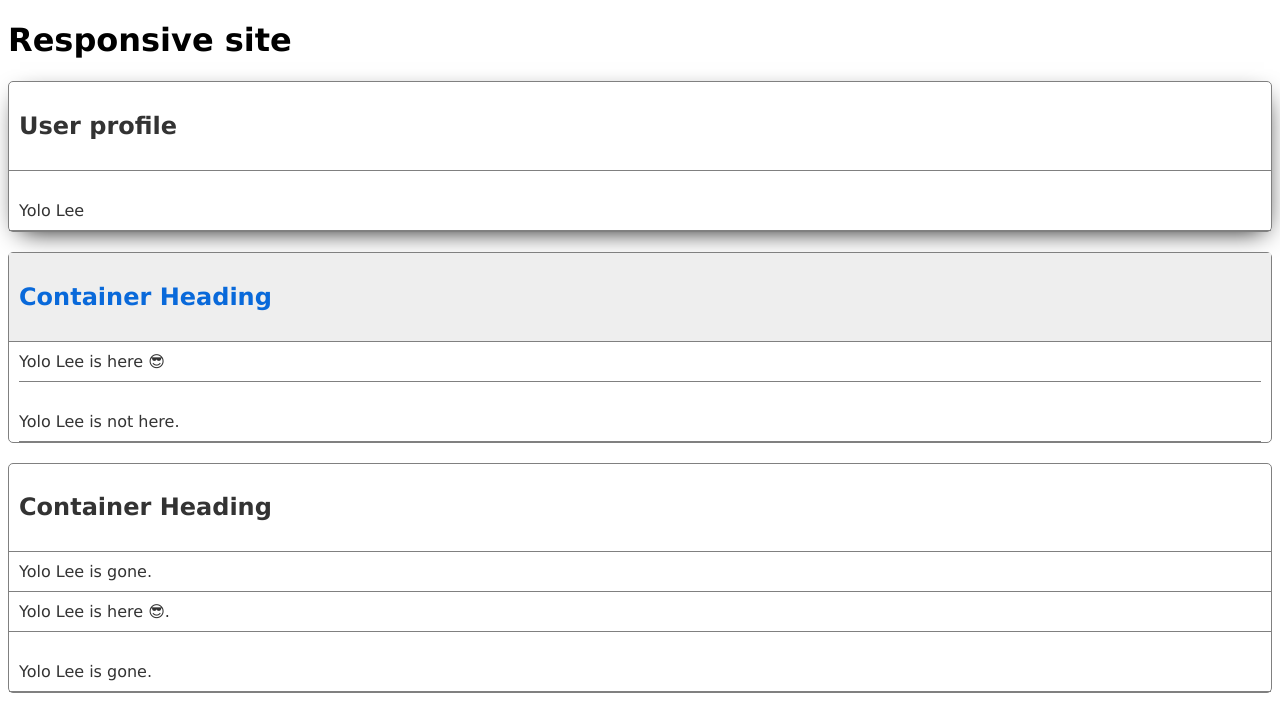
Repository: HyunJunggggg/MDIA2109
Page: inclass/week6/index.html
An editor plug-in stored every save of this project. The page is shown before and after a run of saves, followed by the edit.
The browser window is 1280 px wide. The pictures show the whole page.

Above is the page before, as saved 2025-02-13 15:27:27.

After the next 2 saves:
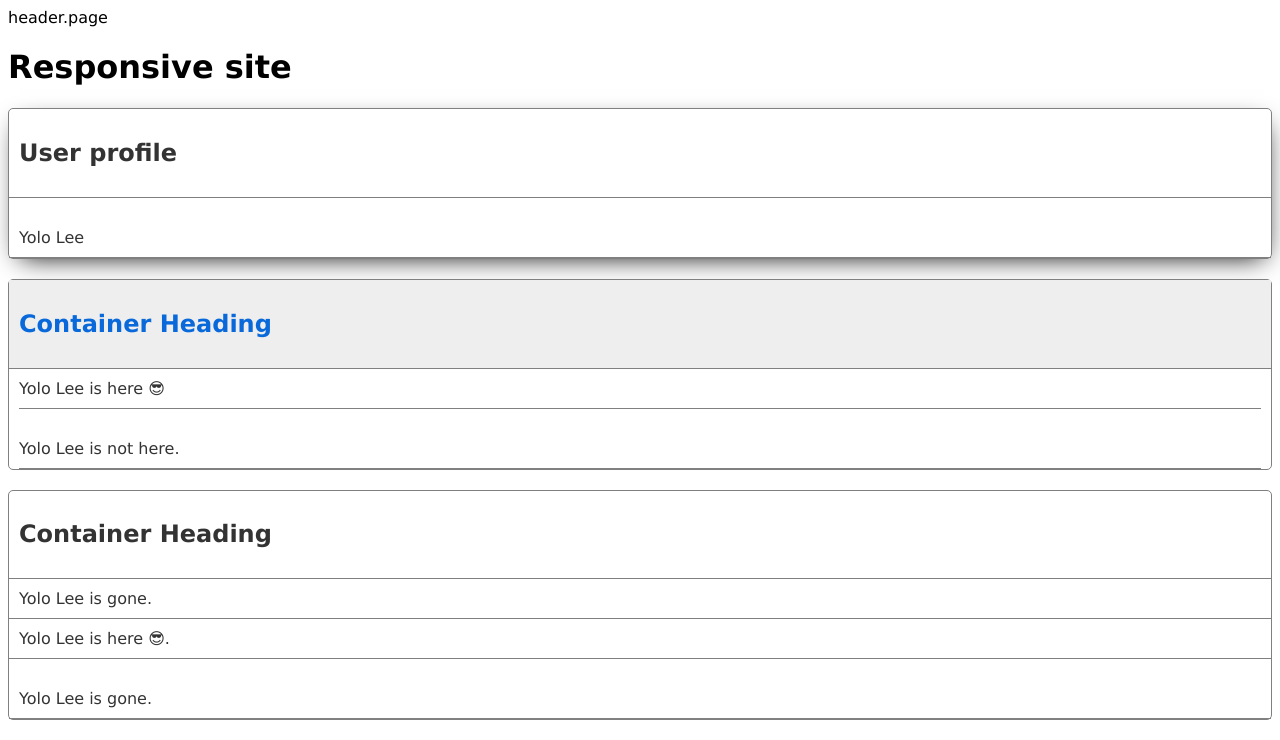
The 2 saves are shown as one change because they came seconds apart.
The last was saved 8 s later.
--- a/inclass/week6/index.html
+++ b/inclass/week6/index.html
@@ -8,7 +8,7 @@
 </head>
 
 <body>
-
+  header.page
   <h1>Responsive site</h1>
 
   <section class="container container--emphasize">

After the save that followed:
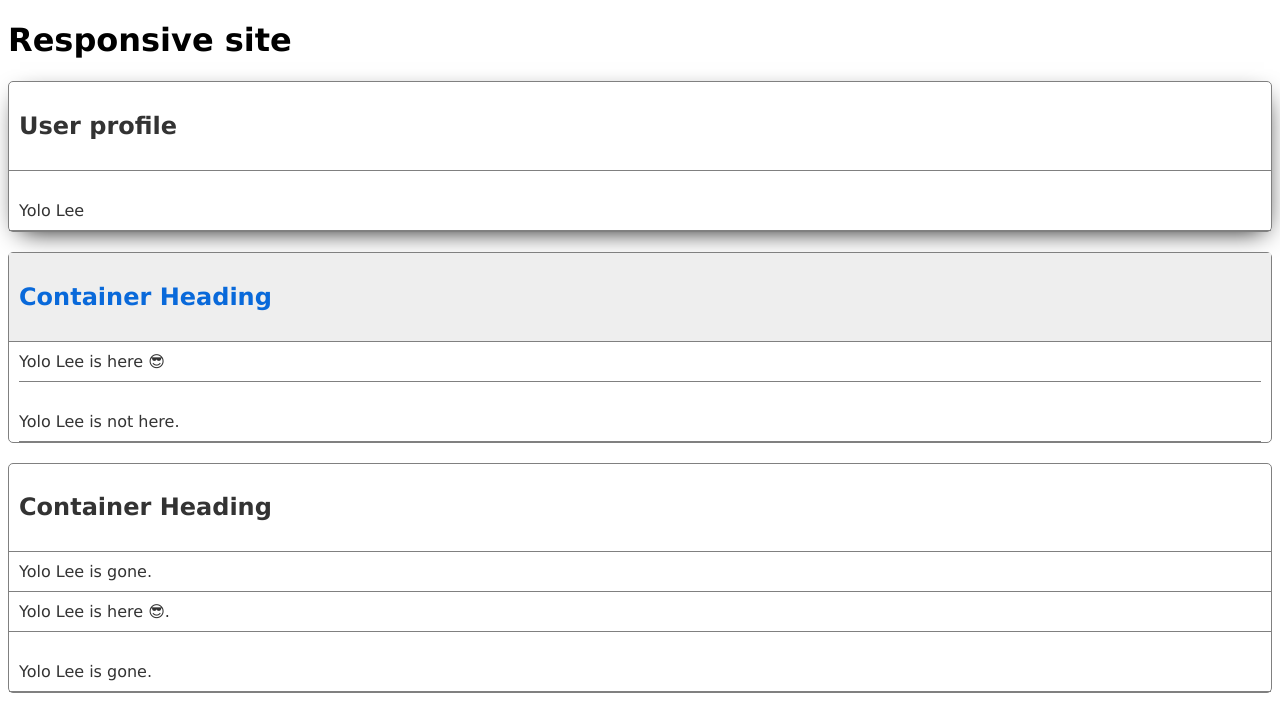
Saved 4 s later.
--- a/inclass/week6/index.html
+++ b/inclass/week6/index.html
@@ -8,7 +8,7 @@
 </head>
 
 <body>
-  header.page
+  <header class="page--header"></header>
   <h1>Responsive site</h1>
 
   <section class="container container--emphasize">
